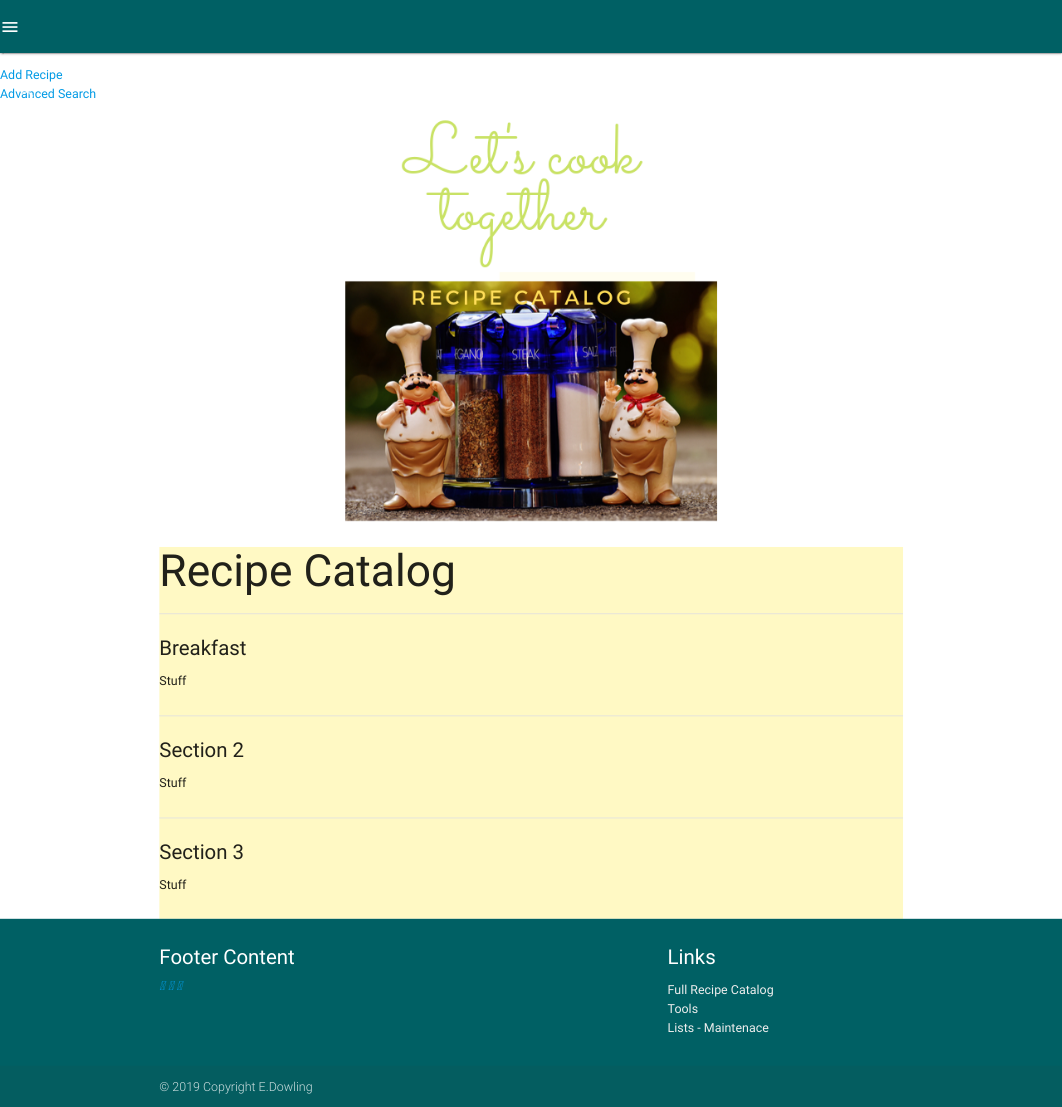
Repository: eldowling/lets-cook-together
Page: http://localhost/get_catalog?course=breakfast
The author's editor kept a record of every edit. The page is drawn from the files as they stood at one moment, then again after the next edit.
The browser window is 1280 px wide. The pictures show the whole page, at 83% of full size.
Some web libraries are served in a nearby version. The page is served by the project's application, run on Flask 3 (app.py). Queries for data that is not in the repository find no rows.

Above is the page before.
Console error: TypeError: $(...).sidenav is not a function

### templates/catalog.html
{% extends 'base.html'%} {% block content %}
<h2>Recipe Catalog</h2>

<div class="divider"></div>
  <div class="section">
    <h5>Breakfast</h5>
    <p>Stuff</p>
  </div>
  <div class="divider"></div>
  <div class="section">
    <h5>Section 2</h5>
    <p>Stuff</p>
  </div>
  <div class="divider"></div>
  <div class="section">
    <h5>Section 3</h5>
    <p>Stuff</p>
  </div>
{% for recipe in recipes %}
    <div class="row">
        <div class="col s6">
            <h4>{{recipe.title}}</h4>
                {{recipe.description}}
        </div>
        <div class="col s3">
            <strong>Course: </strong> {{recipe.course}}
        </div>
        <div class="col s3">
            <strong>Rating: </strong> {{recipe.rating}}
        </div>
    </div>
{% endfor %}

{% endblock %}

### templates/base.html
<!DOCTYPE html>
<html>

<head>
    <link href="https://fonts.googleapis.com/icon?family=Material+Icons" rel="stylesheet">
    <link rel="stylesheet" href="https://cdnjs.cloudflare.com/ajax/libs/materialize/0.100.2/css/materialize.min.css">
    <link rel="stylesheet" href="https://cdnjs.cloudflare.com/ajax/libs/font-awesome/4.7.0/css/font-awesome.min.css">
    <link rel="stylesheet" href="{{ url_for('static', filename='css/style.css') }}" type="text/css" />
</head>

<body>
    <header>
        <!-- Dropdown Structure -->
        <ul id="dropdown1" class="dropdown-content">
            <li><a href="#!">one</a></li>
            <li><a href="#!">two</a></li>
            <li class="divider"></li>
            <li><a href="#!">three</a></li>
        </ul>

        <nav>
            <div class="nav-wrapper cyan darken-4">

                <form>
                    <a href="#" data-target="mobile-demo" class="sidenav-trigger"><i class="material-icons">menu</i></a>
                    <div class="input-field inline ">
                        <input id="search" type="search" required>
                        <label class="label-icon" for="search"><i class="material-icons">search</i></label>
                        <i class="material-icons">close</i>
                    </div>
                    <ul id="nav-mobile" class="right hide-on-med-and-down">
                        <li><a href="addedit-recipe.html">Add Recipe</a></li>
                        <li><a class="dropdown-trigger" href="#!" data-target="dropdown1">Advanced Search<i class="material-icons right">arrow_drop_down</i></a></li>
                    </ul>

                </form>

            </div>
        </nav>

        <ul class="sidenav" id="mobile-demo">
            <li><a href="addedit-recipe.html">Add Recipe</a></li>
            <li><a href="badges.html">Advanced Search</a></li>
        </ul>


    </header>

    <div class="center">
            <img class="main-img" src="static/images/lets-cook-logo.png"></img>
    </div>
    <div class="container yellow lighten-4">
        {% block content %} {% endblock %}
    </div>

    <footer class="page-footer cyan darken-4">
        <div class="container">
            <div class="row">
                <div class="col l6 s12">
                    <h5 class="white-text">Footer Content</h5>

                    <span class="grey-text text-lighten-4 ">
                        <a href="facebook.html"><i class="fab fa-facebook-square"></i></a>
                        <a href="twitter.html"><i class="fab fa-twitter-square"></i></a>
                        <a href="instagram.html"><i class="fab fa-instagram"></i></a>
                    </span>
                </div>
                <div class="col l4 offset-l2 s12">
                    <h5 class="white-text">Links</h5>
                    <ul>
                        <li><a class="grey-text text-lighten-3" href="{{url_for('get_catalog')}}">Full Recipe Catalog</a></li>
                        <li><a class="grey-text text-lighten-3" href="tools.html">Tools</a></li>
                        <li><a class="grey-text text-lighten-3" href="maintenance.html">Lists - Maintenace</a></li>
                    </ul>
                </div>
            </div>
        </div>
        <div class="footer-copyright">
            <div class="container">
                © 2019 Copyright E.Dowling
            </div>
        </div>
    </footer>

    <script src="https://cdnjs.cloudflare.com/ajax/libs/jquery/3.2.1/jquery.min.js"></script>
    <script src="https://cdnjs.cloudflare.com/ajax/libs/materialize/0.100.2/js/materialize.min.js"></script>
    <script type="text/javascript">
        $(document).ready(function() {
            $('.collapsible').collapsible();
            $('select').material_select();
            $(".button-collapse").sideNav();
            $(".dropdown-trigger").dropdown();
            $('.sidenav').sidenav();
        });

    </script>
</body>
</html>

### app.py
import os
from flask import Flask, render_template, redirect, request, url_for
from flask_pymongo import PyMongo
from bson.objectid import ObjectId

app = Flask(__name__)
app.config["MONGO_DBNAME"] = 'recipie_catalog'
app.config["MONGO_URI"] = 'mongodb+srv://root:r00tUser@myfirstcluster-pwjgy.mongodb.net/recipie_catalog?retryWrites=true&w=majority'
#app.config["MONGO_URI"] = os.getenv('MONGO_URI', 'mongodb://localhost')

mongo = PyMongo(app)


@app.route('/')
@app.route('/get_catalog')
def get_catalog():
    return render_template("catalog.html", recipes=mongo.db.recipes.find())


if __name__ == '__main__':
    app.run(host=os.environ.get('IP'),
            port=int(os.environ.get('PORT')),
            debug=True)

### static/css/style.css
.main-img {
  display: inline-block;
  vertical-align: middle;
  max-height: 100%;
  max-width: 100%;
}*/

After the next edit:
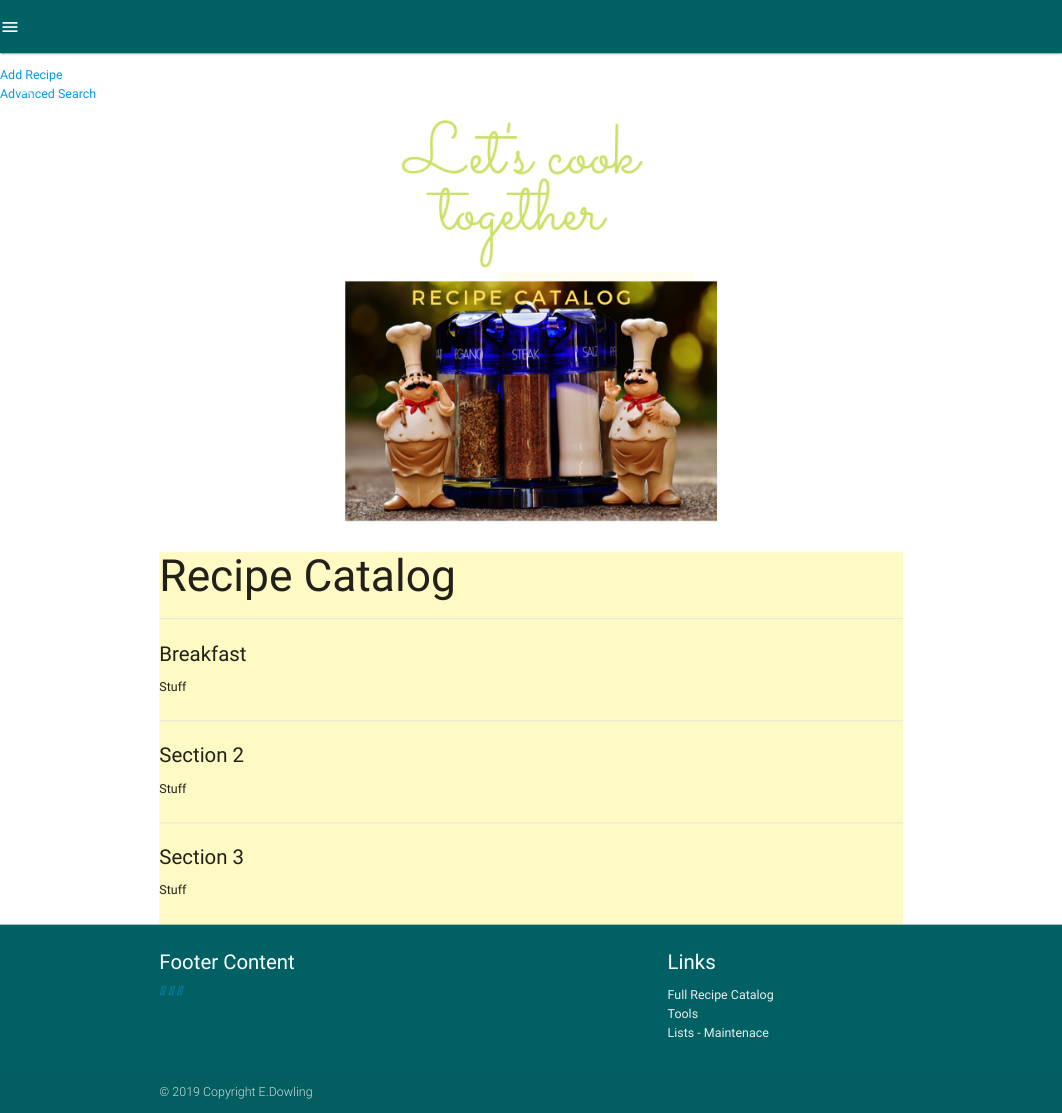
The edit:
--- a/static/css/style.css
+++ b/static/css/style.css
@@ -1,4 +1,4 @@
-.main-img {
+/*.main-img {
   display: inline-block;
   vertical-align: middle;
   max-height: 100%;
